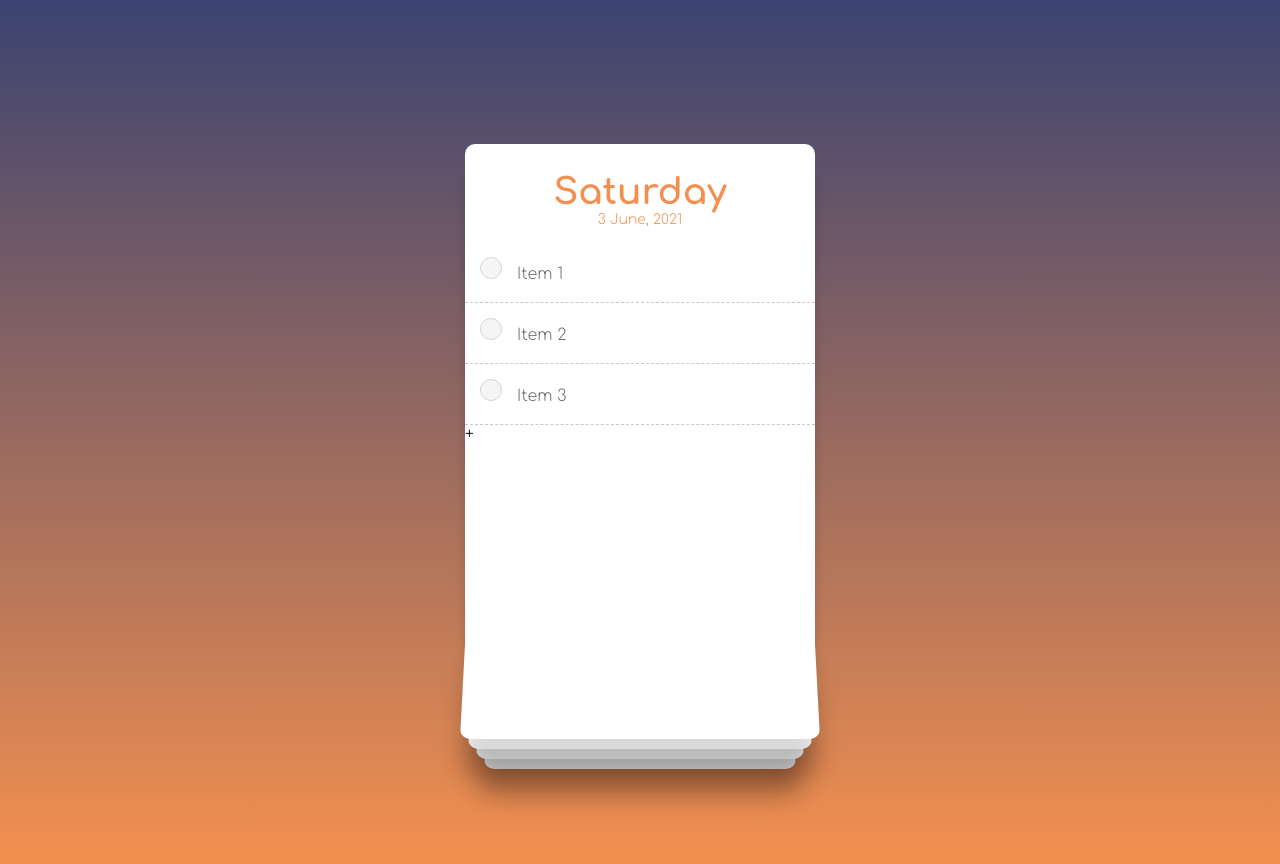
Repository: Colo-Codes/mini-projects
Page: todo-app/index.html
An editor plug-in stored every save of this project. The page is shown before and after the next save, followed by the edit.
The browser window is 1280 px wide. The pictures show the whole page.

Above is the page before, as saved 2021-07-04 12:15:07.

### todo-app/index.html
<!DOCTYPE html>
<html lang="en">
    <head>
        <meta charset="UTF-8" />
        <meta http-equiv="X-UA-Compatible" content="IE=edge" />
        <meta name="viewport" content="width=device-width, initial-scale=1.0" />
        <link rel="stylesheet" href="./css/index.css" />
        <title>Mini-Project - ToDo app</title>
    </head>
    <body>
        <div class="changing-background">
            <main class="todo">
                <section id="todo--header">
                    <header>Saturday</header>
                    <p>3 June, 2021</p>
                </section>
                <section id="todo--tasks-list">
                    <ul>
                        <li class="todo--tasks-list--item">
                            <span
                                class="todo--tasks-list--item--checkbox"
                            ></span
                            >Item 1
                        </li>
                        <li class="todo--tasks-list--item">
                            <span
                                class="todo--tasks-list--item--checkbox"
                            ></span
                            >Item 2
                        </li>
                        <li class="todo--tasks-list--item">
                            <span
                                class="todo--tasks-list--item--checkbox"
                            ></span
                            >Item 3
                        </li>
                    </ul>
                </section>
                <section id="todo--footer">
                    <p>+</p>
                </section>
            </main>
            <div id="sheet-1-3d"></div>
            <div id="sheet-2-3d"></div>
            <div id="sheet-3-3d"></div>
            <div id="sheet-4-3d"></div>
        </div>
    </body>
</html>

### todo-app/css/index.css
@import url('https://fonts.googleapis.com/css2?family=Comfortaa:wght@300;700&display=swap');

/* SECTION Initial reset */

html {
    box-sizing: border-box;
    font-size: 16px;
}

*,
*:before,
*:after {
    box-sizing: inherit;
    margin: 0;
    padding: 0;
    /*outline: 1px dashed blue; /* Debugging purposes */
}

/* SECTION Background */

body {
    font-family: 'Comfortaa', cursive;
    background: #f3904f; /* fallback for old browsers */
    background: -webkit-linear-gradient(
        to bottom,
        #3b4371,
        #f3904f
    ); /* Chrome 10-25, Safari 5.1-6 */
    background: linear-gradient(
        to bottom,
        #3b4371,
        #f3904f
    ); /* W3C, IE 10+/ Edge, Firefox 16+, Chrome 26+, Opera 12+, Safari 7+ */
    background-repeat: no-repeat;
    background-size: cover;
    height: 100vh;
}

/* SECTION ToDo container */

.todo {
    margin: auto;
    margin-top: 20vh;
    width: 350px;
    height: 500px;
    background-color: white;
    border-radius: 10px 10px 0 0;
    box-shadow: 0px 30px 12px rgba(0, 0, 0, 0.15);
}

/* ToDo shapes and shadows */

div [id^='sheet-'] {
    margin: auto;
    border-radius: 0 0 10px 10px;
    -webkit-filter: drop-shadow(0px 30px 12px rgba(0, 0, 0, 0.15));
    filter: drop-shadow(0px 30px 12px rgba(0, 0, 0, 0.15));
    -ms-filter: "progid:DXImageTransform.Microsoft.Dropshadow(OffX=0, OffY=30, Color='#444')";
    filter: "progid:DXImageTransform.Microsoft.Dropshadow(OffX=0, OffY=30, Color='#444')";
    /* trapezoidal shape */
    border-bottom: 95px solid white;
    border-left: 5px solid transparent;
    border-right: 5px solid transparent;
}
#sheet-1-3d {
    width: 360px;
    height: 95px;
    margin: auto;
    border-radius: 0 0 10px 10px;
    position: relative;
    z-index: 1;
}
#sheet-2-3d {
    width: 344px;
    height: 95px;
    margin: auto;
    margin-top: -85px;
    border-radius: 0 0 10px 10px;
    position: relative;
    z-index: -1;
}
#sheet-3-3d {
    width: 328px;
    height: 95px;
    margin: auto;
    margin-top: -85px;
    border-radius: 0 0 10px 10px;
    position: relative;
    z-index: -2;
}
#sheet-4-3d {
    width: 312px;
    height: 95px;
    margin: auto;
    margin-top: -85px;
    border-radius: 0 0 10px 10px;
    position: relative;
    z-index: -3;
}

/* SECTION ToDo header */

#todo--header header {
    padding-top: 1.75rem;
    font-size: 2.25rem;
    font-weight: 700;
    text-align: center;
    color: #f3904f;
}

#todo--header p {
    font-size: 0.875rem;
    text-align: center;
    color: #f3904f;
}

/* SECTION ToDo list of tasks */

#todo--tasks-list {
    margin-top: 1.875rem;
}

.todo--tasks-list--item {
    font-size: 1rem;
    color: #6d6d6d;
    height: 46px;
    border-bottom: 1px dashed #c9c9c9;
    margin: auto 0;
    list-style: none;
    margin-top: 15px;
}

.todo--tasks-list--item--checkbox {
    display: inline-block;
    width: 22px;
    height: 22px;
    background-color: #f5f5f5;
    border: 1px solid #d5d5d5;
    border-radius: 50%;
    margin: auto 15px auto 15px;
}

After the next save:
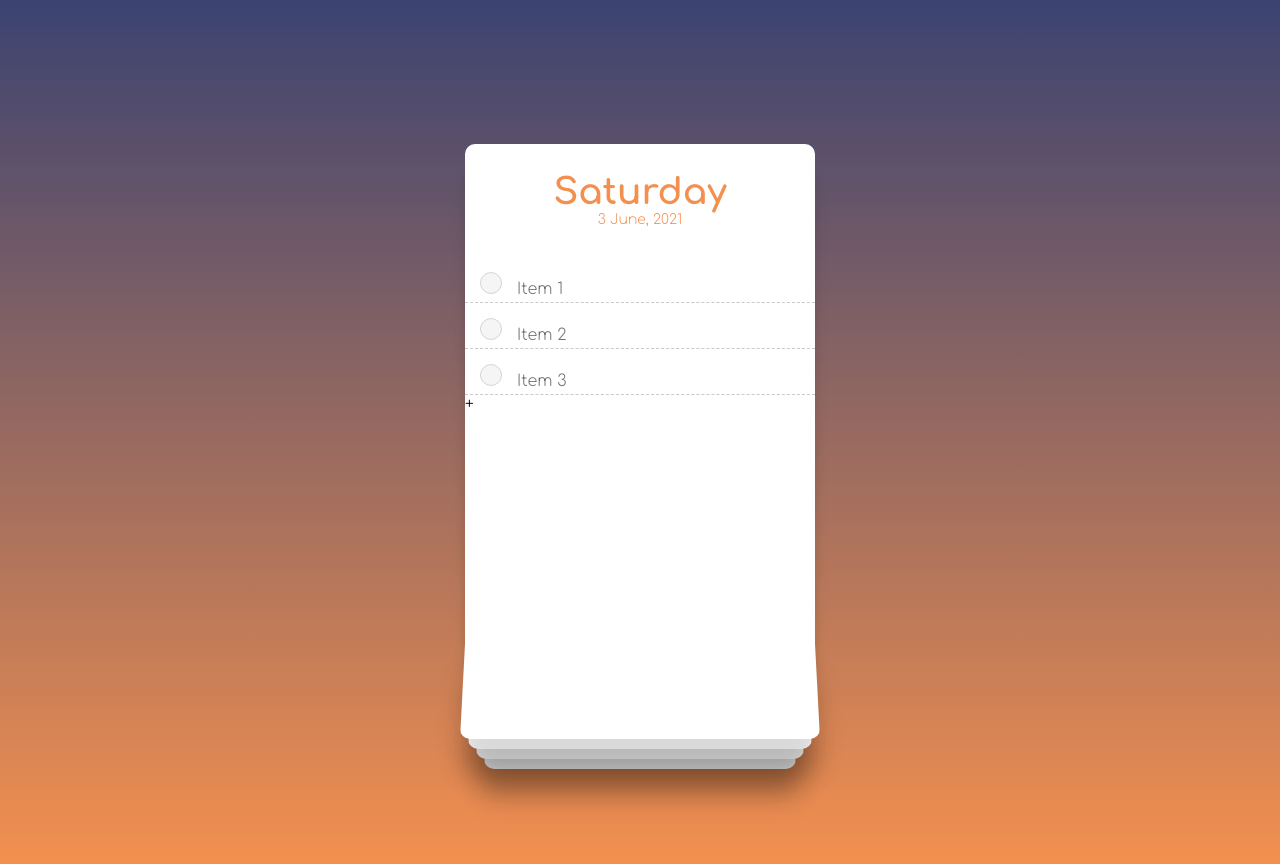
Saved 4 s later.
--- a/todo-app/css/index.css
+++ b/todo-app/css/index.css
@@ -127,7 +127,7 @@ div [id^='sheet-'] {
     border-bottom: 1px dashed #c9c9c9;
     margin: auto 0;
     list-style: none;
-    margin-top: 15px;
+    padding-top: 15px;
 }
 
 .todo--tasks-list--item--checkbox {
